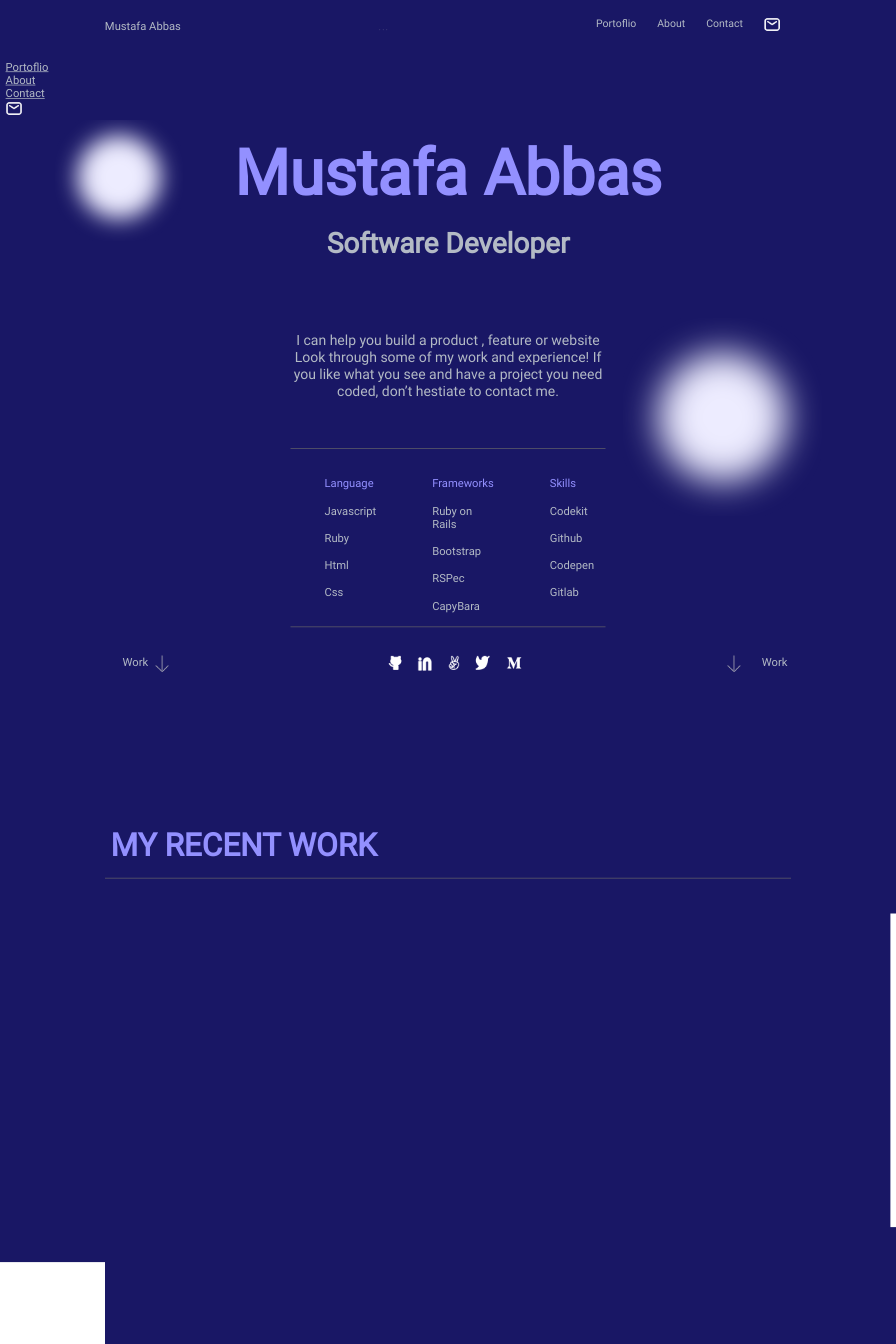
Repository: mustabbas/Portfolio
Page: index.html
An editor plug-in stored every save of this project. The page is shown before and after the next save, followed by the edit.
The browser window is 1280 px wide. The pictures show the part of the page from y = 0 to 1920 px (the page is 4832 px tall before and 4728 px after), at 70% of full size.

Above is the page before, as saved 2021-08-30 19:12:53.

After the next save:
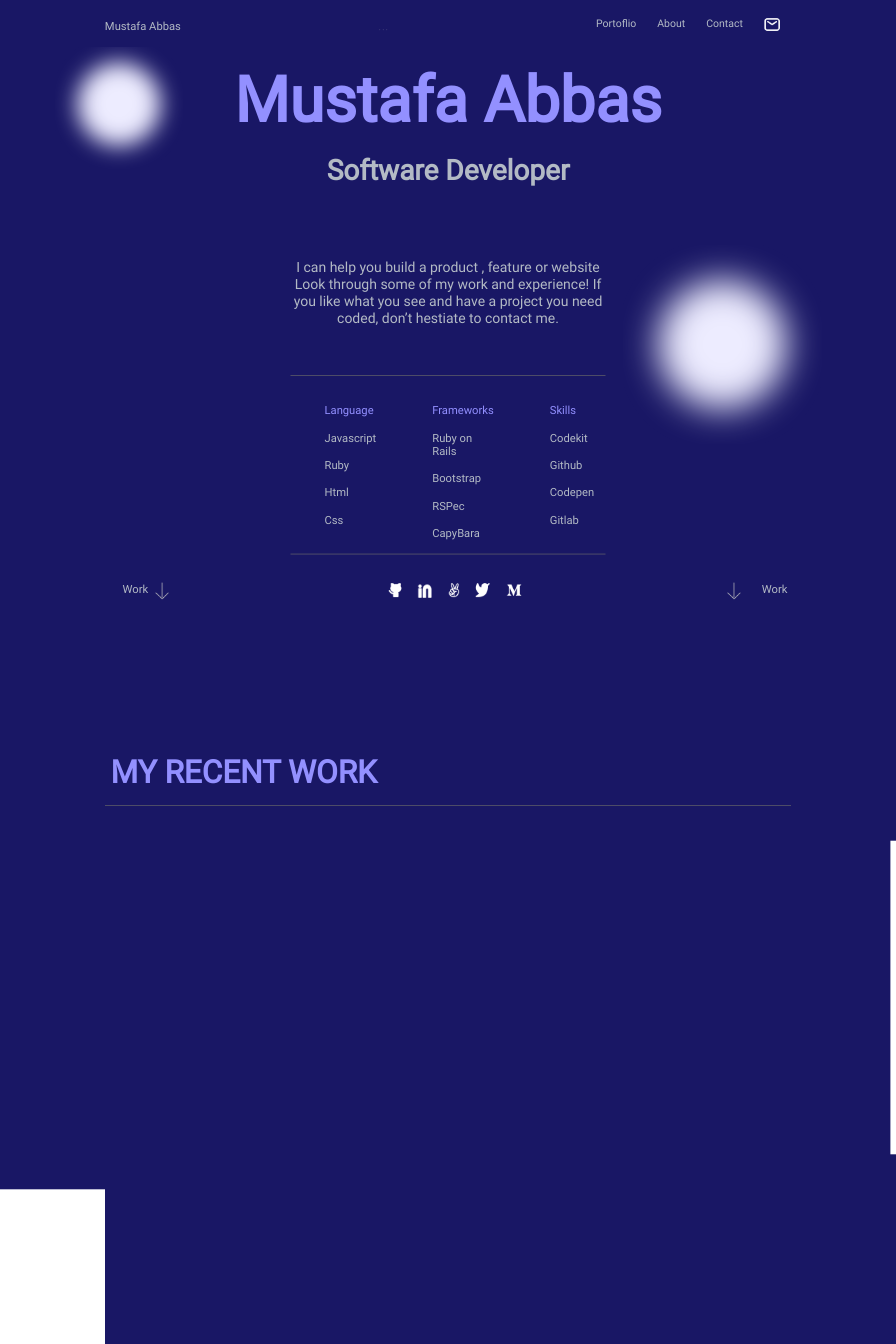
Saved 36 s later.
--- a/index.html
+++ b/index.html
@@ -36,7 +36,7 @@
           </li>
         </ul>
       </header>
-      <div>
+      <!-- <div>
         <img>
       <ul class="mobile-nav">
         <li><a href="#">Portoflio</a></li>
@@ -46,7 +46,7 @@
           <a href="#"><img class="email-pic" src="./assets/img/Icon-Mail.png" alt="email" /></a>
         </li>
       </ul>
-     </div>
+     </div> -->
       <div class="head-wraper">
         <div class="title-wraper">
           <h1>Mustafa Abbas</h1>

After the save that followed:
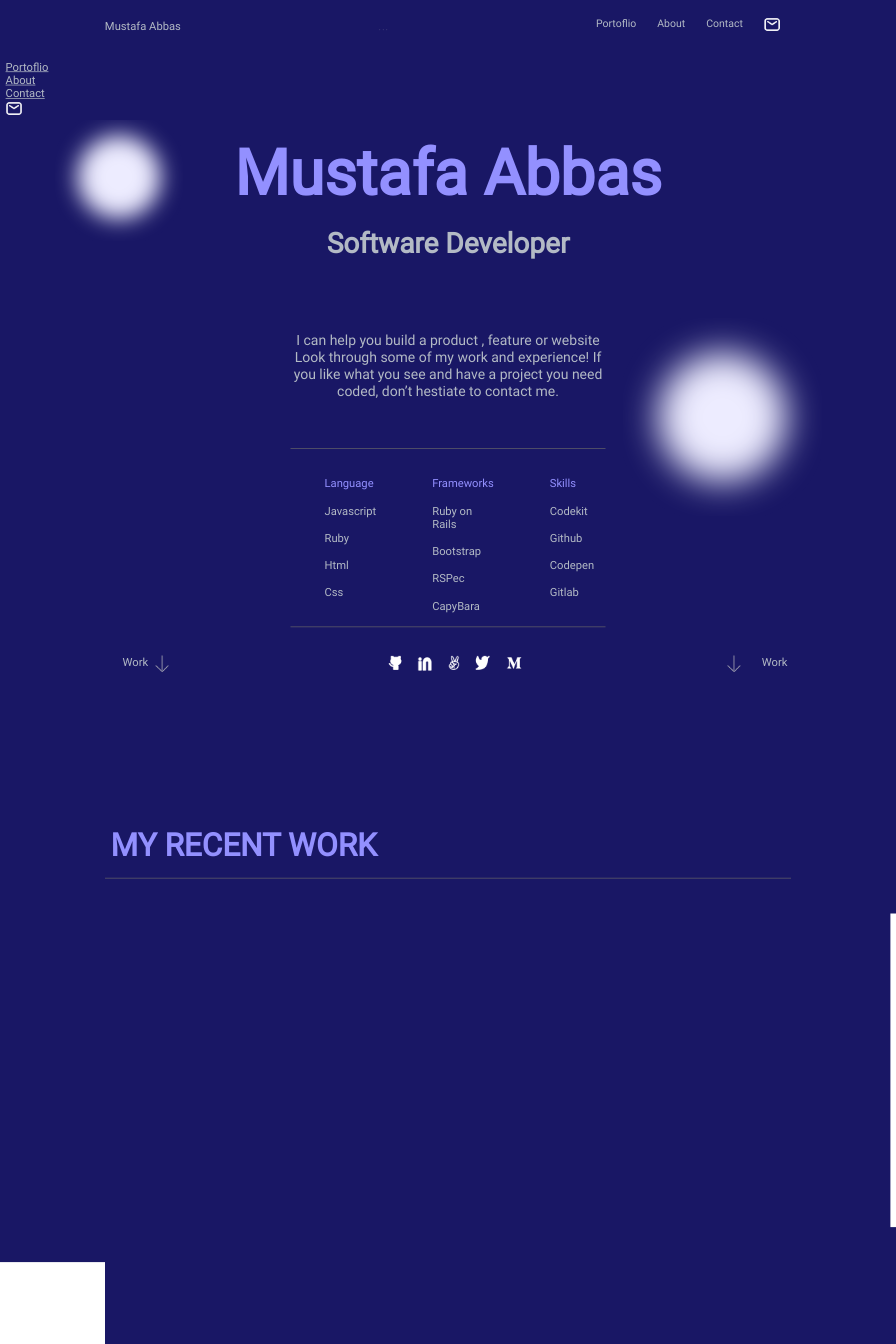
Saved 7 min 19 s later.
--- a/index.html
+++ b/index.html
@@ -36,7 +36,7 @@
           </li>
         </ul>
       </header>
-      <!-- <div>
+      <div>
         <img>
       <ul class="mobile-nav">
         <li><a href="#">Portoflio</a></li>
@@ -46,7 +46,7 @@
           <a href="#"><img class="email-pic" src="./assets/img/Icon-Mail.png" alt="email" /></a>
         </li>
       </ul>
-     </div> -->
+     </div>
       <div class="head-wraper">
         <div class="title-wraper">
           <h1>Mustafa Abbas</h1>
